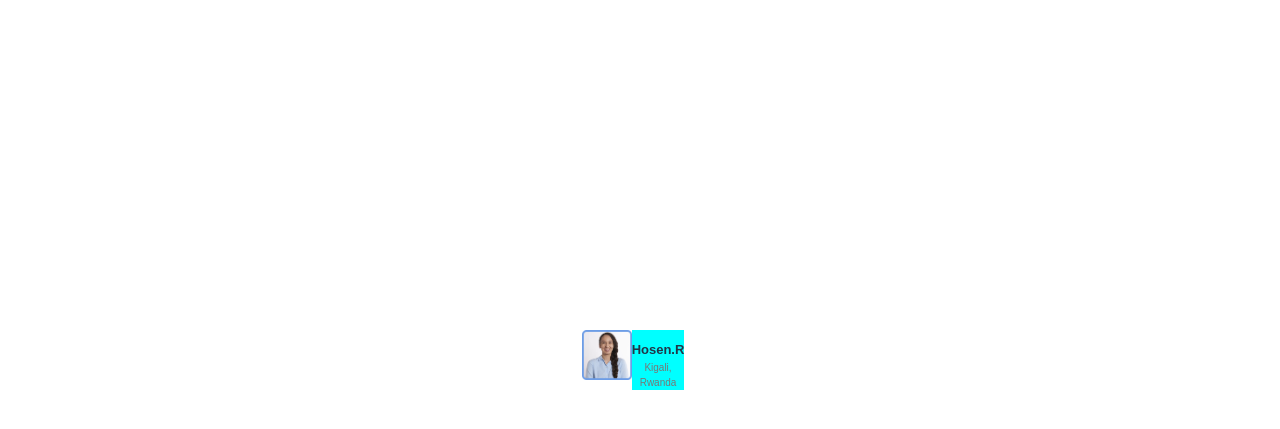
Repository: Auda-frontend/Kenshikeza
Page: /
These files come from the project's save history. The page is drawn as it stood at one moment and after a run of saves; the edit follows.
The browser window is 1280 px wide. The pictures show the whole page.
The project was rebuilt for these pictures with package versions that can differ from the ones it lists, and the page was loaded fresh each time. Also part of the build but not shown: vite.config.js.

Above is the page before, as saved 2024-01-24 22:48:07.

After the next 3 saves:
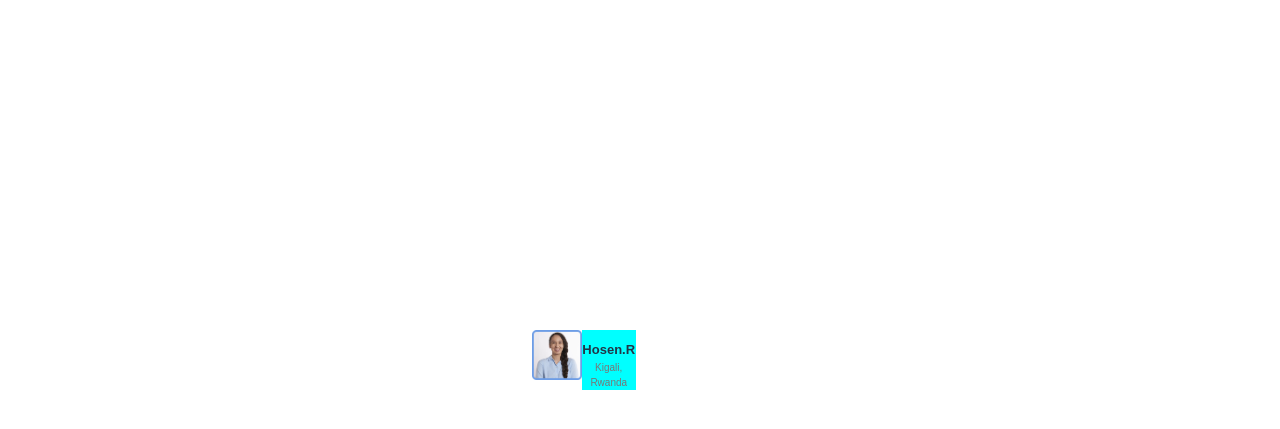
The 3 saves are shown as one change because they came seconds apart.
The last was saved 10 s later.
--- a/src/Components/SideBar.css
+++ b/src/Components/SideBar.css
@@ -16,7 +16,7 @@
     float: left;
     width: 50px;
     height: 50px;
-    margin-r: 10px;
+    margin-left: -100px;
 }
 .desc{
     display: table-column;
